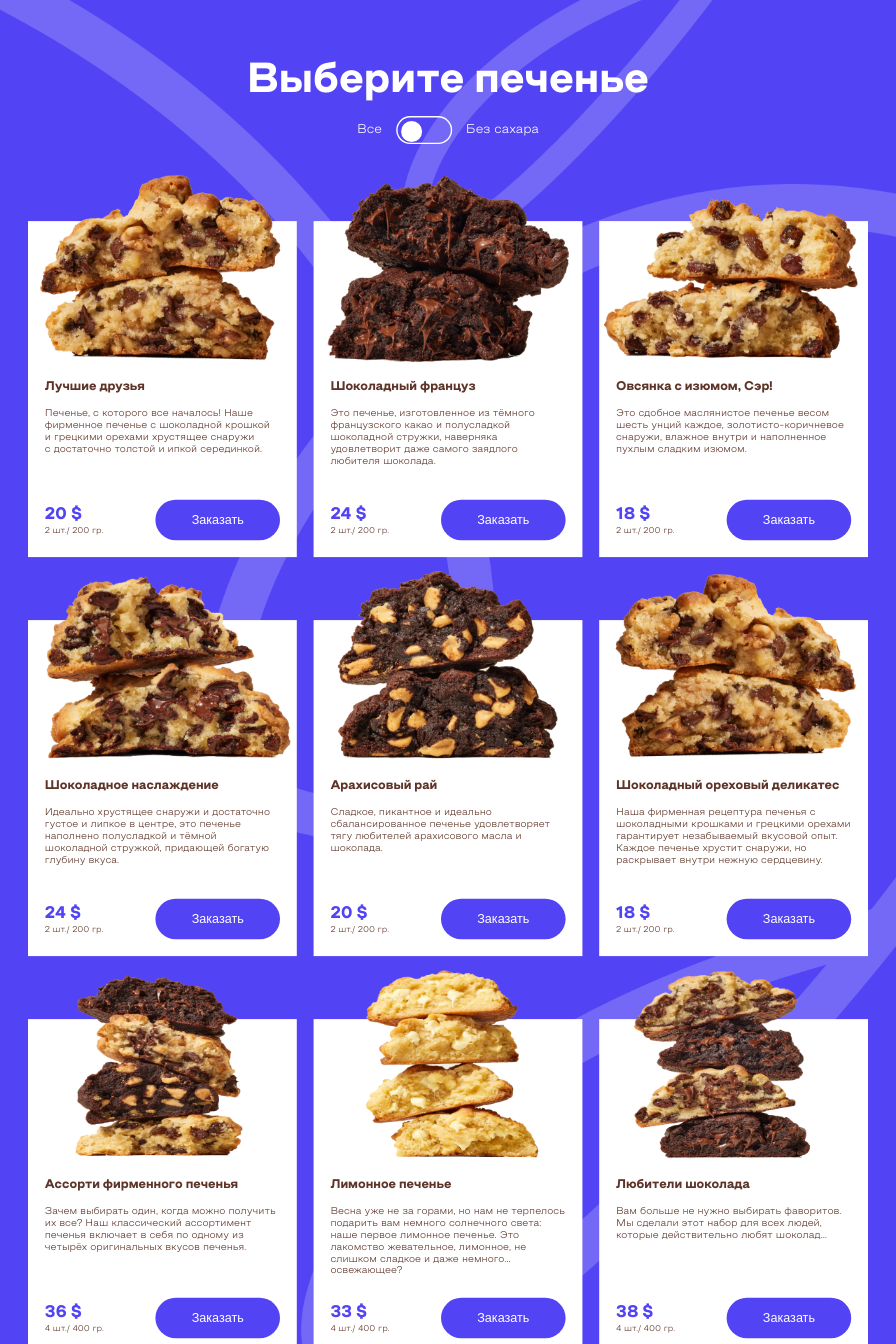
Repository: Albert24-Front-end/cookies-JS
Page: index.html
The author's editor kept a copy of each file at every save. The page is drawn from the files as they stood at one save, then again after the next save.
The browser window is 1280 px wide. The pictures show the part of the page from y = 867 to 2787 px (the page is 5256 px tall before and 3066 px after), at 70% of full size.

Above is the page before, as saved 2025-01-28 14:24:18.
Console error: TypeError: orderButton.addEventListener is not a function

After the next save:
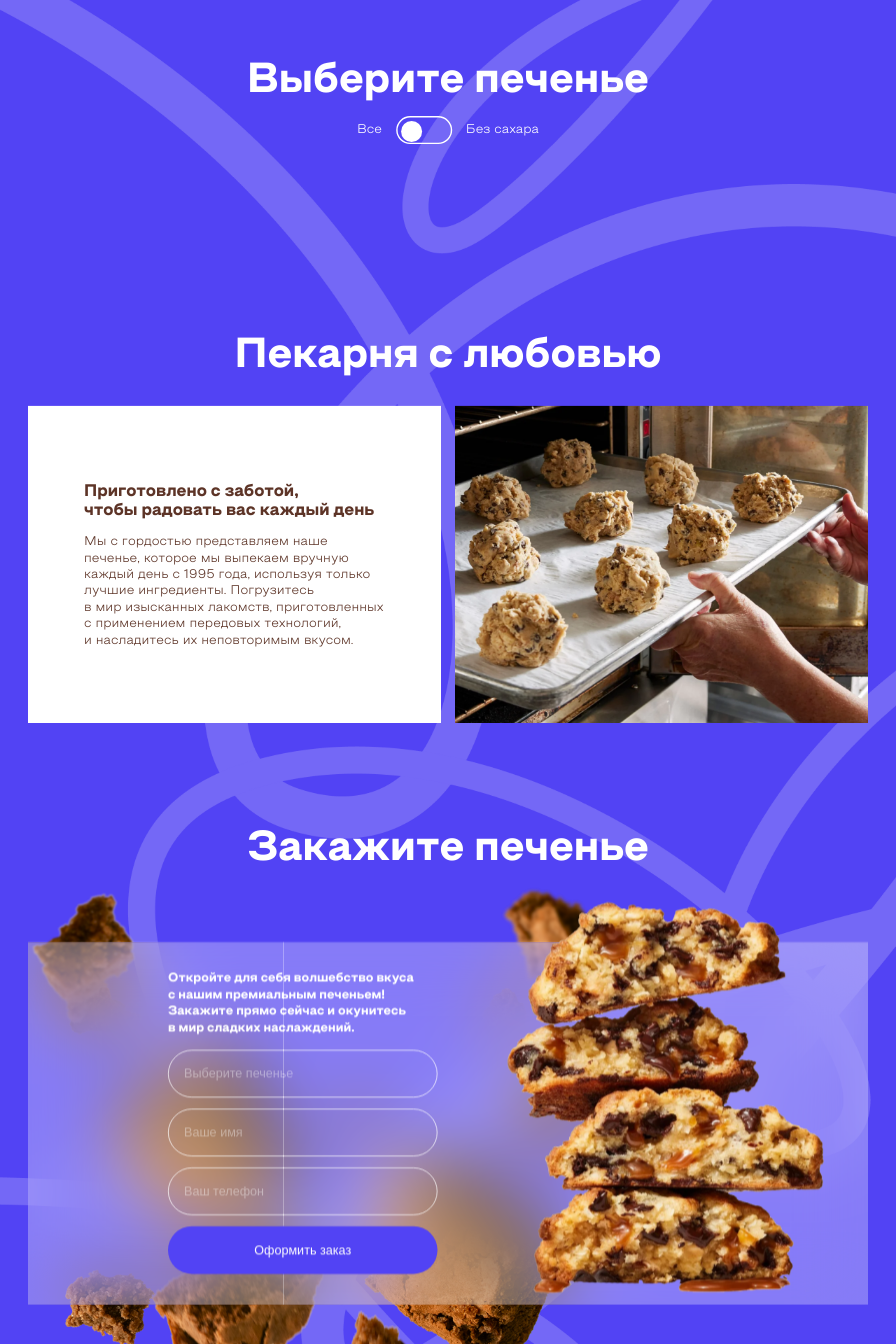
Console error: SyntaxError: Unexpected token '}'
Saved 12 s later.
--- a/script.js
+++ b/script.js
@@ -142,7 +142,7 @@
     const inputCookie = document.querySelector("#product");
 
     orderButton.addEventListener('click', ()=>{
-        inputCookie.value
+        inputCookie.value =
     })
 
 });

After the save that followed:
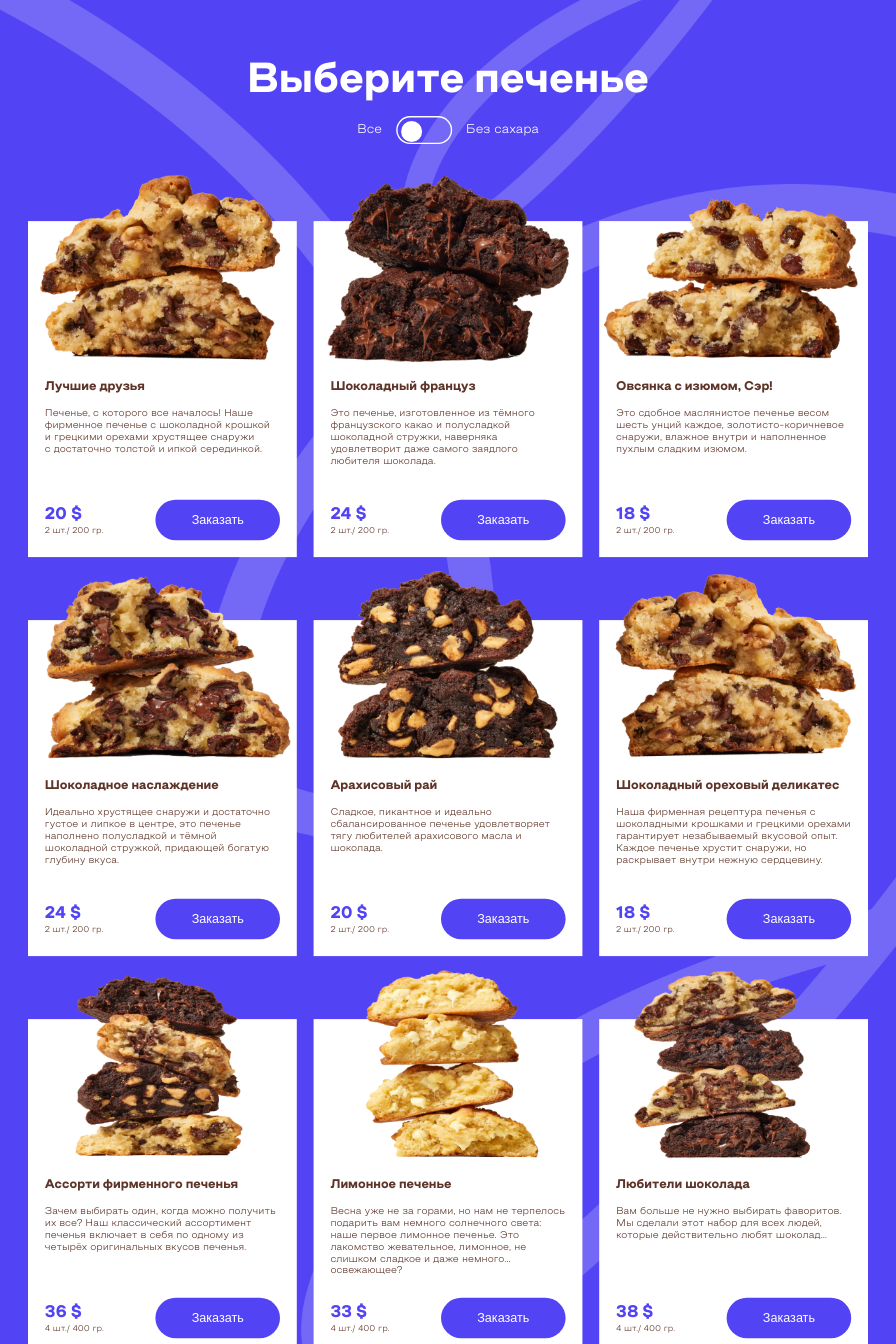
Console error: TypeError: orderButton.addEventListener is not a function
Saved 7 s later.
--- a/script.js
+++ b/script.js
@@ -142,7 +142,7 @@
     const inputCookie = document.querySelector("#product");
 
     orderButton.addEventListener('click', ()=>{
-        inputCookie.value =
+        inputCookie.value = cookie
     })
 
 });
